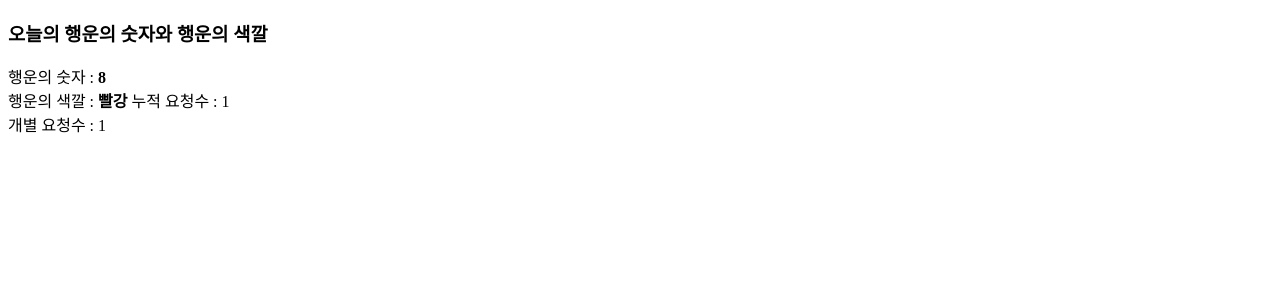
Repository: gowjd4419/jsp
Page: http://localhost/JSPBasic/jsptag/tag_quiz01.jsp
The author's editor kept a copy of each file at every save. The page is drawn from the files as they stood at one save, then again after the next save.
The browser window is 1280 px wide. The pictures show the whole page.
The page is served by Tomcat 9.

Above is the page before, as saved 2022-03-23 09:25:19.

### JSPBasic/src/main/webapp/jsptag/tag_quiz01.jsp
<%@ page language="java" contentType="text/html; charset=UTF-8"
    pageEncoding="UTF-8"%>
<!DOCTYPE html>
<html>
<head>
<meta charset="UTF-8">
<title>Insert title here</title>
</head>
<body>
<%!
    // int randomNumber() 메서드를 선언하고
    // 정수 1~10까지의 난수를 발생시켜 리턴

    int randomNumber(){
	// 정수 1~10까지의 난수를 발생.
	int rn = (int)(Math.random() * 10) + 1;
	return rn;
  }

    String randomColor(){
    	// 난수를 발생시켜서 약 33% 확률로 "빨강"
    	// 약 33% 확률로 "노랑"
    	// 약 33% "파랑"을 리턴하는 메서드를 선언
    	double d = Math.random();
    	if (d >= 0.66){
    		return "빨강";
    	}else if(d >= 0.33){
    		return "노랑";
    	}else{
    		return "파랑";
    	}
    }

    // 선언부(Declaration)에 선언한 변수는 접속 직후 딱 한 번만 실행되는 static 속성을 가지게 된다.
    int total = 0;
%>
<%
  // 스크립트릿에 선언한 변수는 새로고침 할 때 마다 새롭게 선언됨
  int each = 0;
  total++;
  each++;
%>
  <h3>오늘의 행운의 숫자와 행운의 색깔</h3>
  행운의 숫자 : <b><%= randomNumber() %></b><br>
  행운의 색깔 : <b><%= randomColor() %></b>
  누적 요청수 : <%= total %><br>
  개별 요청수 : <%= each %><br>
</body>
</html>

After the next save:
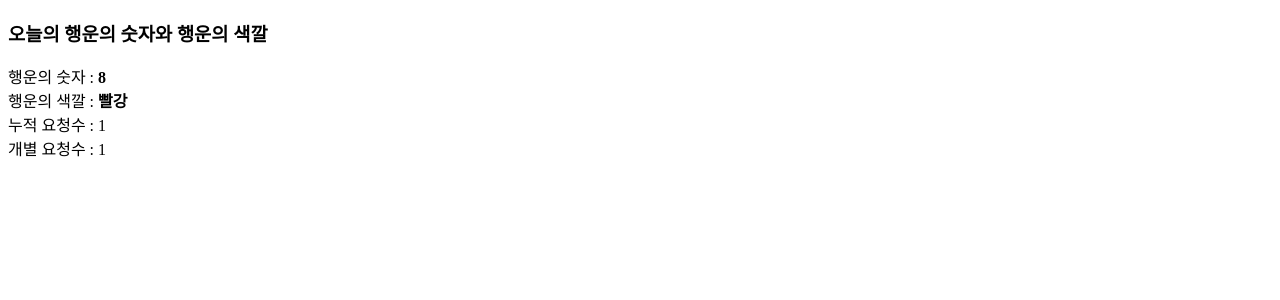
Saved 44 s later.
--- a/JSPBasic/src/main/webapp/jsptag/tag_quiz01.jsp
+++ b/JSPBasic/src/main/webapp/jsptag/tag_quiz01.jsp
@@ -42,7 +42,7 @@
 %>
   <h3>오늘의 행운의 숫자와 행운의 색깔</h3>
   행운의 숫자 : <b><%= randomNumber() %></b><br>
-  행운의 색깔 : <b><%= randomColor() %></b>
+  행운의 색깔 : <b><%= randomColor() %></b><br>
   누적 요청수 : <%= total %><br>
   개별 요청수 : <%= each %><br>
 </body>
